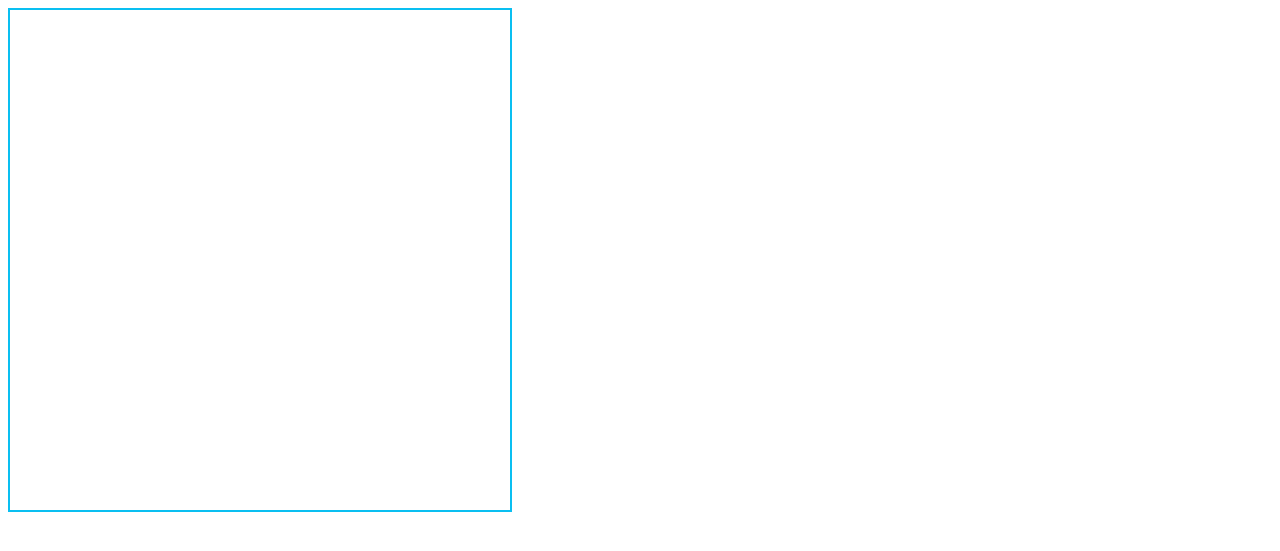
Repository: Jubair-Ahmed-Junjun/js-graphics
Page: Scatter Plots.html
The author's editor kept a copy of each file at every save. The page is drawn from the files as they stood at one save, then again after the next save.
The browser window is 1280 px wide. The pictures show the whole page.

Above is the page before, as saved 2022-08-08 21:48:01.

After the next save:
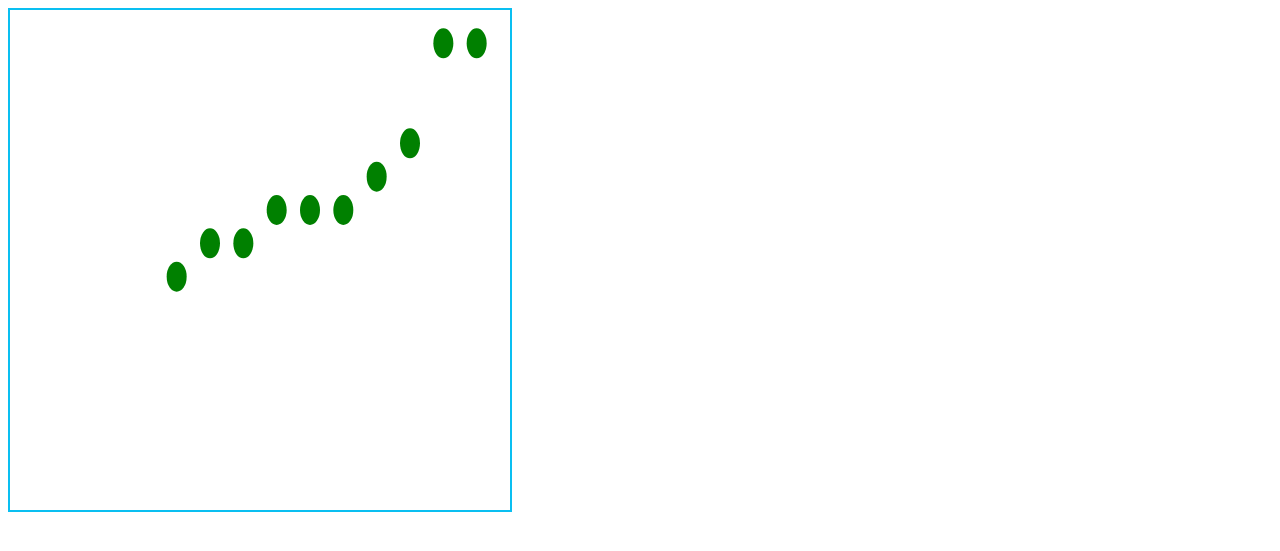
Saved 25 s later.
--- a/Scatter Plots.html
+++ b/Scatter Plots.html
@@ -20,7 +20,7 @@ for (let i = 0; i < xArray.length-1; i++) {
   let x = xArray[i] * xMax/150;
   let y = yArray[i] * yMax/15;
   ctx.beginPath();
-  ctx.ellipse(100, 100, 0, 15, 0, 0, Math.PI * 2);
+  ctx.ellipse(x, y, 10, 15, 0, 0, Math.PI * 2);
 
   ctx.fill();
 }
